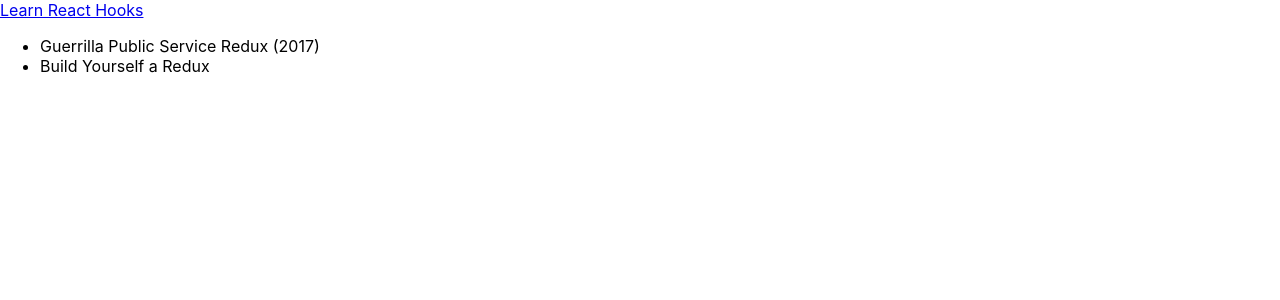
Repository: gapinska/react-hooks-tasks
Page: /
An editor plug-in stored every save of this project. The page is shown before and after the next save, followed by the edit.
The browser window is 1280 px wide. The pictures show the whole page.
The project was rebuilt for these pictures with package versions that can differ from the ones it lists, and the page was loaded fresh each time. Also part of the build but not shown: src/App.css, src/components/Counter.js.

Above is the page before, as saved 2021-06-01 16:25:04.

### src/App.js
import React, { useState } from "react"
import "./App.css"
import Counter from "./components/Counter"

const initialState = {
  hits: [
    {
      objectID: "23325319",
      title: "Guerrilla Public Service Redux (2017)",
      url: "https://99percentinvisible.org/episode/guerrilla-public-service/",
    },
    {
      objectID: "14273549",
      title: "Build Yourself a Redux",
      url: "https://zapier.com/engineering/how-to-build-redux/",
    },
  ],
}

function App() {
  const [data, setData] = useState(initialState.hits)
  return (
    <div>
      <div>
        <a
          href="https://reactjs.org/docs/hooks-reference.html"
          target="_blank"
          rel="noopener noreferrer"
        >
          Learn React Hooks
        </a>
      </div>
      {/* <Counter /> */}
      <div>
        <ul>
          {data.map((item) => (
            <li>{item.title}</li>
          ))}
        </ul>
      </div>
    </div>
  )
}

export default App

Loaded but not shown: public/index.html (common file); src/index.js (common file); src/index.css (common file); src/reportWebVitals.js (common file)

After the next save:
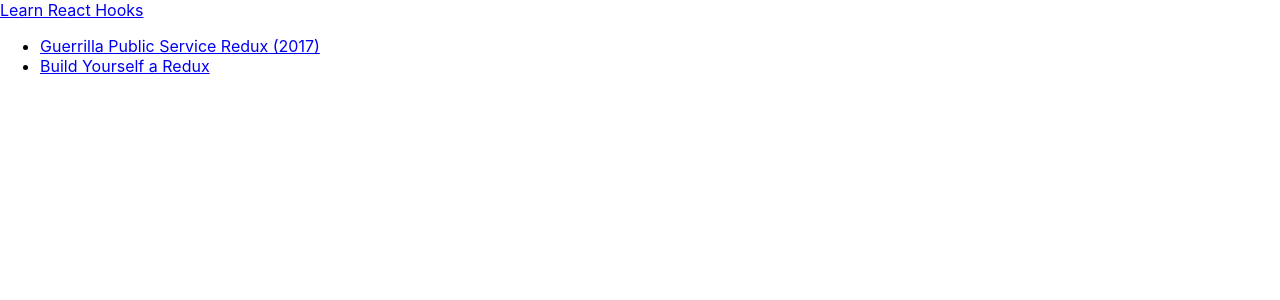
Saved 81 s later.
--- a/src/App.js
+++ b/src/App.js
@@ -34,7 +34,9 @@
       <div>
         <ul>
           {data.map((item) => (
-            <li>{item.title}</li>
+            <li>
+              <a href={item.url}>{item.title}</a>
+            </li>
           ))}
         </ul>
       </div>
